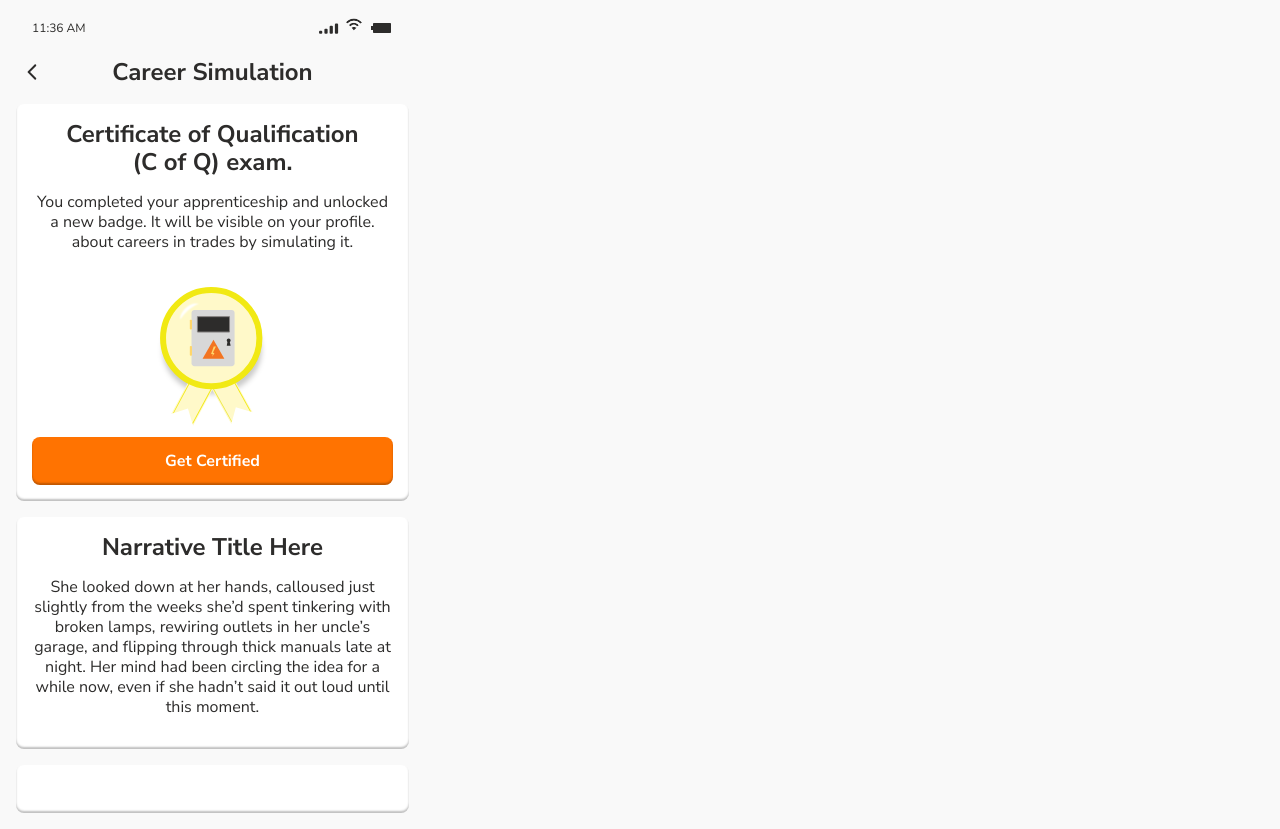
Repository: daniel-liu01/week10books
Page: /
The author's editor kept a copy of each file at every save. The page is drawn from the files as they stood at one save, then again after the next save.
The browser window is 1280 px wide. The pictures show the whole page.
The project was rebuilt for these pictures with package versions that can differ from the ones it lists, and the page was loaded fresh each time. Also part of the build but not shown: vite.config.js, vite.config.ts, src/App.css, app/Simulation/Simulation.module.css, components/InfoModal/InfoModal.module.css, components/InfoModal/InfoModal.jsx, app/Simulation/Simulation.jsx.

Above is the page before, as saved 2025-10-22 11:57:45.

### index.html
<!DOCTYPE html>
<html lang="en">
    <head>
        <meta charset="UTF-8" />
        <link
            rel="icon"
            type="image/svg+xml"
            href="/vite.svg" />
        <meta
            name="viewport"
            content="width=device-width, initial-scale=1.0" />
        <title>frontend</title>
        <link
            rel="preconnect"
            href="https://fonts.googleapis.com" />
        <link
            rel="preconnect"
            href="https://fonts.gstatic.com"
            crossorigin />
        <link
            href="https://fonts.googleapis.com/css2?family=Nunito+Sans:ital,opsz,wght@0,6..12,200..1000;1,6..12,200..1000&display=swap"
            rel="stylesheet" />
    </head>
    <body>
        <div id="root"></div>
        <script
            type="module"
            src="/src/main.jsx"></script>
    </body>
</html>

### src/index.css
/* ------------------------------------------------------ GENERAL STYLES ------------------------------------------------------ */
*,
*::before,
*::after {
    box-sizing: inherit;
}

html,
body {
    font-family: var(--font-family);
    box-sizing: border-box;
    background-color: var(--offwhite-500);
}

body {
    width: 393px;
    min-height: 100vh;
    margin: 16px;
    display: flex;
    flex-direction: column;
    gap: var(--space-large);
}

html {
    display: flex;
    align-items: flex-start;
}

/* ------------------------------------------------------ VARIABLES ------------------------------------------------------ */
:root {
    /* ----- COLORS ----- */
    --primary-50: #fff1e6;
    --primary-100: #ffd4b0;
    --primary-200: #ffbf8a;
    --primary-300: #ffa155;
    --primary-400: #ff8f34;
    --primary-500: #ff7301;
    --primary-600: #e86901;
    --primary-700: #b55201;
    --primary-800: #8c3f01;
    --primary-900: #6b3000;

    --secondary-50: #eefae6;
    --secondary-100: #cbefb1;
    --secondary-200: #b2e88b;
    --secondary-300: #8fdd55;
    --secondary-400: #79d635;
    --secondary-500: #58cc02;
    --secondary-600: #50ba02;
    --secondary-700: #3e9101;
    --secondary-800: #307001;
    --secondary-900: #255601;

    /* -- neutral colors -- */

    --offwhite-500: #f9f9f9;
    --white: #ffffff;
    --black-50: #eaeaea;
    --black-100: #bebebd;
    --black-200: #9e9e9d;
    --black-300: #727271;
    --black-400: #575655;
    --black-500: #2d2c2b;

    /* ----- TYPE ----- */
    --font-family: "Nunito Sans", sans-serif;

    --font-size-extra-large: 88px;
    --font-size-large: 30px;
    --font-size-extra-medium: 24px;
    --font-size-medium: 20px;
    --font-size-regular: 16px;
    --font-size-small: 12px;
    --font-size-extra-small: 10px;

    --font-style-normal: normal;
    --font-weight-bold: bold;

    --line-height-xxlarge: 100px;
    --line-height-large: 36px;
    --line-height-medium: 28px;
    --line-height-small: 20px;

    /* ----- SPACING ----- */
    --space-extra-small: 4px;
    --space-small: 8px;
    --space-regular: 16px;
    --space-medium: 32px;
    --space-large: 48px;
    --space-extra-large: 140px;

    /* ----- Inner shadow ----- */
    --inner-shadow: 0 -2px 2px 0 rgba(0, 0, 0, 0.25);
}

### src/App.jsx
import { useState } from "react";
import { BrowserRouter as Router, Routes, Route } from "react-router-dom";
import "./App.css";

import Simulation from "../app/Simulation/Simulation";
import SimulationChat from "../app/SimulationChat/SimulationChat";

function App() {
    return (
        <div>
            <SimulationChat />
        </div>
    );
}

export default App;

### app/SimulationChat/SimulationChat.jsx
import styles from "./SimulationChat.module.css";
import StatusBar from "../../components/StatusBar/StatusBar";
import HeadingBar from "../../components/HeadingBar/HeadingBar";
import PopUp from "../../components/PopUp/PopUp";
import NarrativeBox from "../../components/NarrativeBox/NarrativeBox";
import Menu from "../../components/Menu/Menu";

function SimulationChat() {
    return (
        <div className={styles.container}>
            <StatusBar />
            <HeadingBar />
            <PopUp />
            <NarrativeBox
                title='Narrative Title Here'
                description='She looked down at her hands, calloused just slightly from the weeks she’d spent tinkering with broken lamps, rewiring outlets in her uncle’s garage, and flipping through thick manuals late at night. Her mind had been circling the idea for a while now, even if she hadn’t said it out loud until this moment.'
            />
            <Menu />
        </div>
    );
}

export default SimulationChat;

### components/StatusBar/StatusBar.jsx
import styles from "./StatusBar.module.css";
import Hour from "../Hour/Hour";

const StatusBar = () => {
    return (
        <div className={styles.container}>
            <Hour />
            <div className={styles.right}>
                <svg
                    className={styles.icon}
                    width='20'
                    height='11'
                    viewBox='0 0 20 11'
                    fill='none'
                    xmlns='http://www.w3.org/2000/svg'>
                    <rect
                        x='15.8765'
                        y='0.600098'
                        width='3.23284'
                        height='10.2222'
                        rx='1.02778'
                    />
                    <rect
                        x='10.6338'
                        y='2.64453'
                        width='3.23284'
                        height='8.17778'
                        rx='1.02778'
                    />
                    <rect
                        x='5.3916'
                        y='5.71094'
                        width='3.23284'
                        height='5.11111'
                        rx='1.02778'
                    />
                    <rect
                        x='0.0327148'
                        y='7.75537'
                        width='3.23284'
                        height='3.06667'
                        rx='1.02778'
                    />
                </svg>

                <svg
                    className={styles.icon}
                    width='22'
                    height='20'
                    viewBox='0 0 22 20'
                    fill='none'
                    xmlns='http://www.w3.org/2000/svg'>
                    <mask
                        id='path-1-inside-1_2157_1042'
                        fill='white'>
                        <path d='M15.9006 7.3897C15.3805 6.57002 14.6486 5.88977 13.7741 5.41333C12.8995 4.93689 11.9113 4.68001 10.9029 4.66702C9.89445 4.65403 8.89922 4.88535 8.01135 5.33908C7.12349 5.79281 6.37237 6.45396 5.82907 7.25994L7.69376 8.391C8.03417 7.88601 8.50479 7.47176 9.06109 7.18747C9.6174 6.90317 10.241 6.75824 10.8728 6.76638C11.5046 6.77452 12.1238 6.93547 12.6718 7.23399C13.2197 7.53251 13.6783 7.95873 14.0042 8.47231L15.9006 7.3897Z' />
                    </mask>
                    <path
                        d='M15.9006 7.3897C15.3805 6.57002 14.6486 5.88977 13.7741 5.41333C12.8995 4.93689 11.9113 4.68001 10.9029 4.66702C9.89445 4.65403 8.89922 4.88535 8.01135 5.33908C7.12349 5.79281 6.37237 6.45396 5.82907 7.25994L7.69376 8.391C8.03417 7.88601 8.50479 7.47176 9.06109 7.18747C9.6174 6.90317 10.241 6.75824 10.8728 6.76638C11.5046 6.77452 12.1238 6.93547 12.6718 7.23399C13.2197 7.53251 13.6783 7.95873 14.0042 8.47231L15.9006 7.3897Z'
                        strokeWidth='4.11111'
                        mask='url(#path-1-inside-1_2157_1042)'
                    />
                    <mask
                        id='path-2-inside-2_2157_1042'
                        fill='white'>
                        <path d='M19.0832 4.55309C18.1524 3.34672 16.9405 2.3605 15.542 1.67127C14.1435 0.982029 12.5961 0.608389 11.0204 0.579456C9.4447 0.550522 7.88323 0.867077 6.45765 1.50446C5.03207 2.14184 3.78086 3.08283 2.80152 4.25413L4.5268 5.55219C5.29548 4.63284 6.27755 3.89425 7.39649 3.39397C8.51543 2.8937 9.74102 2.64523 10.9778 2.66794C12.2145 2.69065 13.4291 2.98392 14.5268 3.5249C15.6245 4.06588 16.5757 4.83997 17.3063 5.78684L19.0832 4.55309Z' />
                    </mask>
                    <path
                        d='M19.0832 4.55309C18.1524 3.34672 16.9405 2.3605 15.542 1.67127C14.1435 0.982029 12.5961 0.608389 11.0204 0.579456C9.4447 0.550522 7.88323 0.867077 6.45765 1.50446C5.03207 2.14184 3.78086 3.08283 2.80152 4.25413L4.5268 5.55219C5.29548 4.63284 6.27755 3.89425 7.39649 3.39397C8.51543 2.8937 9.74102 2.64523 10.9778 2.66794C12.2145 2.69065 13.4291 2.98392 14.5268 3.5249C15.6245 4.06588 16.5757 4.83997 17.3063 5.78684L19.0832 4.55309Z'
                        strokeWidth='4.11111'
                        mask='url(#path-2-inside-2_2157_1042)'
                    />
                    <path d='M13.5162 9.77759L10.8222 12.3331L8.66699 9.77759L9.23963 9.50599C10.2507 9.02643 11.4136 8.97977 12.4599 9.37676L13.5162 9.77759Z' />
                </svg>

                <svg
                    className={styles.icon}
                    width='24'
                    height='24'
                    viewBox='0 0 24 24'
                    fill='none'
                    xmlns='http://www.w3.org/2000/svg'>
                    <path d='M5 17C4.71667 17 4.47917 16.9042 4.2875 16.7125C4.09583 16.5208 4 16.2833 4 16V14H2V10H4V8C4 7.71667 4.09583 7.47917 4.2875 7.2875C4.47917 7.09583 4.71667 7 5 7H21C21.2833 7 21.5208 7.09583 21.7125 7.2875C21.9042 7.47917 22 7.71667 22 8V16C22 16.2833 21.9042 16.5208 21.7125 16.7125C21.5208 16.9042 21.2833 17 21 17H5Z' />
                </svg>
            </div>
        </div>
    );
};

export default StatusBar;

### components/HeadingBar/HeadingBar.jsx
import styles from "./HeadingBar.module.css";
import ArrowBack from "../ArrowBack/ArrowBack";

function HeadingBar() {
    return (
        <div className={styles.heading_container}>
            <ArrowBack />
            <h1 className={styles.heading_pageTitle}>Career Simulation</h1>
            <div className={styles.heading_placeholder}></div>
        </div>
    );
}

export default HeadingBar;

### components/Card/Card.jsx
import styles from "./Card.module.css";
import Button from "../../components/Button/Button";

function Card({
    image,
    title,
    description,
    type,
    valueOfButton,
    typeOfButton,
    sizeOfButton,
}) {
    return (
        <>
            {type === "regular" && (
                <div className={styles.container}>
                    <div className={styles.content}>
                        <h3 className={styles.title}>{title}</h3>
                        <p className={styles.description}>{description}</p>
                    </div>
                    {image && (
                        <div className={styles.image_wrapper}>
                            <img
                                src={image}
                                alt={title}
                                className={styles.image}
                            />
                        </div>
                    )}
                </div>
            )}
            {type === "button" && (
                <div className={styles.container}>
                    <div className={styles.content}>
                        <h3 className={styles.title}>{title}</h3>
                        <p className={styles.description}>{description}</p>
                    </div>
                    {image && (
                        <div className={styles.image_wrapper}>
                            <img
                                src={image}
                                alt={title}
                                className={styles.image}
                            />
                        </div>
                    )}
                    <Button
                        type={typeOfButton}
                        size={sizeOfButton}
                        value={valueOfButton}
                        onClick={() => console.log("clicked")}
                        isDisabled={false}
                    />
                </div>
            )}
        </>
    );
}

export default Card;

### components/Button/Button.jsx
import styles from "./Button.module.css";

function Button({
    type = "primary",
    isDisabled = false,
    size = "default",
    value,
    onClick,
}) {
    let buttonClass = styles.button;

    if (type === "primary") buttonClass += ` ${styles.primary}`;
    if (type === "secondary") buttonClass += ` ${styles.secondary}`;
    if (type === "terciary") buttonClass += ` ${styles.terciary}`;
    if (type === "warning") buttonClass += ` ${styles.error}`;
    if (size === "small") buttonClass += ` ${styles.small}`;
    if (size === "large") buttonClass += ` ${styles.large}`;
    if (isDisabled) buttonClass += ` ${styles.disabled}`;

    return (
        <input
            type='button'
            className={buttonClass}
            value={value}
            onClick={onClick}
            disabled={isDisabled}
        />
    );
}

export default Button;

### components/Menu/Menu.jsx
import styles from "./Menu.module.css";

function Menu() {
    return <div className={styles.container}></div>;
}

export default Menu;

### app/SimulationChat/SimulationChat.module.css
.container {
    display: flex;
    flex-direction: column;
    gap: var(--space-regular);
}

### components/PopUp/PopUp.jsx
import Card from "../../components/Card/Card";

function PopUp() {
    return (
        <div>
            <Card
                title={
                    <>
                        Certificate of Qualification <br /> (C of Q) exam.
                    </>
                }
                description={
                    <>
                        You completed your apprenticeship and unlocked
                        <br />a new badge. It will be visible on your profile.
                        about careers in trades by simulating it.
                    </>
                }
                image='/Electrician.svg'
                type='button'
                valueOfButton='Get Certified'
                typeOfButton='primary'
                sizeOfButton='large'
            />
        </div>
    );
}

export default PopUp;

### components/NarrativeBox/NarrativeBox.jsx
import styles from "./NarrativeBox.module.css";

function NarrativeBox({ title, description }) {
    return (
        <div className={styles.container}>
            <div className={styles.content}>
                <h3 className={styles.title}>{title}</h3>
                <p className={styles.description}>{description}</p>
            </div>
        </div>
    );
}

export default NarrativeBox;

### components/StatusBar/StatusBar.module.css
.container {
    display: flex;
    flex-direction: row;
    align-items: center;
    justify-content: space-between;
    width: 393px;
    padding: 0 var(--space-regular);
    margin: 0;
}

.right {
    display: flex;
    align-items: center;
    gap: var(--space-extra-small);
}

.icon {
    fill: var(--black-500);
}

### components/Hour/Hour.jsx
"use client";
import { useEffect, useState } from "react";
import styles from "./Hour.module.css";

const Hour = () => {
    const [currentTime, setCurrentTime] = useState(new Date());

    useEffect(() => {
        const timer = setInterval(() => {
            setCurrentTime(new Date());
        }, 1000);

        return () => clearInterval(timer);
    }, []);

    const formattedTime = currentTime.toLocaleTimeString("en-US", {
        hour: "2-digit",
        minute: "2-digit",
        hour12: true,
    });

    return <div className={styles.hour}>{formattedTime}</div>;
};

export default Hour;

### components/HeadingBar/HeadingBar.module.css
.heading_container {
    width: 100%;
    display: flex;
    align-items: center;
    justify-content: space-between;
    gap: var(--space-small);
    margin: 0;
    padding: 0;
}

.heading_pageTitle {
    font-weight: var(--font-weight-bold);
    font-size: var(--font-size-extra-medium);
    margin: 0;
    line-height: 1;
    color: var(--black-500);
}

.heading_placeholder {
    width: var(--space-medium);
    height: var(--space-medium);
    visibility: hidden;
}

### components/ArrowBack/ArrowBack.jsx
import styles from "./ArrowBack.module.css";

function ArrowBack() {
    return (
        <div className={styles.arrow_container}>
            <svg
                className={styles.arrow_icon}
                xmlns='http://www.w3.org/2000/svg'
                width='16'
                height='16'
                viewBox='0 0 12 20'
                fill='none'>
                <path
                    d='M10.7071 19.2929C10.3166 19.6834 9.68342 19.6834 9.29289 19.2929L0.707106 10.7071C0.316582 10.3166 0.316583 9.68342 0.707107 9.29289L9.29289 0.707106C9.68342 0.316582 10.3166 0.316582 10.7071 0.707107L11.0679 1.06789C11.4584 1.45842 11.4584 2.09158 11.0679 2.48211L3.55 10L11.0679 17.5179C11.4584 17.9084 11.4584 18.5416 11.0679 18.9321L10.7071 19.2929Z'
                    fill='currentColor'
                />
            </svg>
        </div>
    );
}

export default ArrowBack;

### components/Card/Card.module.css
.container {
    display: flex;
    flex-direction: column;
    justify-content: space-between;
    align-items: center;
    border-radius: var(--space-small);
    background: var(--white);
    box-shadow: var(--inner-shadow) inset;
    padding: var(--space-regular);
}

.content {
    display: flex;
    flex-direction: column;
    justify-content: space-between;
    align-items: center;
    font-family: var(--font-family);
    color: var(--black-500);
    text-align: center;
    gap: var(--space-regular);
}

.title {
    font-size: var(--font-size-extra-medium);
    font-weight: var(--font-weight-bold);
    line-height: var(--line-height-medium);
    margin: 0;
}

.description {
    font-size: var(--font-size-regular);
    line-height: var(--line-height-small);
    margin: 0;
    margin-bottom: var(--space-regular);
}

.image_wrapper {
}

.image {
}

### components/Button/Button.module.css
.button {
    display: block;
    width: 361px;
    height: var(--space-large);
    line-height: var(--line-height-large);
    text-align: center;

    font-family: var(--font-family);
    font-size: var(--font-size-regular);
    font-weight: var(--font-weight-bold);

    padding: 0 var(--space-regular);
    margin: 0;
    border-radius: var(--space-small);
    border: none;
    box-shadow: var(--inner-shadow) inset;
    cursor: pointer;
    transition: background-color 0.2s ease-in-out, color 0.2s ease-in-out;
}

.button:hover {
    background-color: var(--primary-700);
    color: var(--white);
}

.primary {
    background-color: var(--primary-500);
    color: var(--white);
}

.large {
    width: 100%;
    height: var(--space-large);
}

### components/Menu/Menu.module.css
.container {
    display: flex;
    width: 100%;
    height: var(--space-large);
    justify-content: center;
    align-items: center;
    gap: var(--space-medium);
    border-radius: var(--space-small);
    background: var(--white);
    box-shadow: var(--inner-shadow) inset;
}

### components/NarrativeBox/NarrativeBox.module.css
.container {
    display: flex;
    flex-direction: column;
    justify-content: space-between;
    align-items: center;
    border-radius: var(--space-small);
    background: var(--white);
    box-shadow: var(--inner-shadow) inset;
    padding: var(--space-regular);
}

.content {
    display: flex;
    flex-direction: column;
    justify-content: space-between;
    align-items: center;
    font-family: var(--font-family);
    color: var(--black-500);
    text-align: center;
    gap: var(--space-regular);
}

.title {
    font-size: var(--font-size-extra-medium);
    font-weight: var(--font-weight-bold);
    line-height: var(--line-height-medium);
    margin: 0;
}

.description {
    font-size: var(--font-size-regular);
    line-height: var(--line-height-small);
    margin: 0;
    margin-bottom: var(--space-regular);
}

### components/Hour/Hour.module.css
.hour {
    color: var(--black-500);
    font-family: var(--font-family);
    font-size: var(--font-size-small);
}

### components/ArrowBack/ArrowBack.module.css
.arrow_container {
    display: inline-flex;
    align-items: center;
    justify-content: center;
    background: none;
    border: none;
    cursor: pointer;
    padding: 0;
    width: var(--space-medium);
    height: var(--space-medium);
}

.arrow_icon {
    color: var(--black-500);
    width: var(--space-regular);
    height: var(--space-regular);
}

.arrow_container:hover .arrow_icon {
    color: var(--primary-500);
}

Loaded but not shown: src/main.jsx (common file)

After the next save:
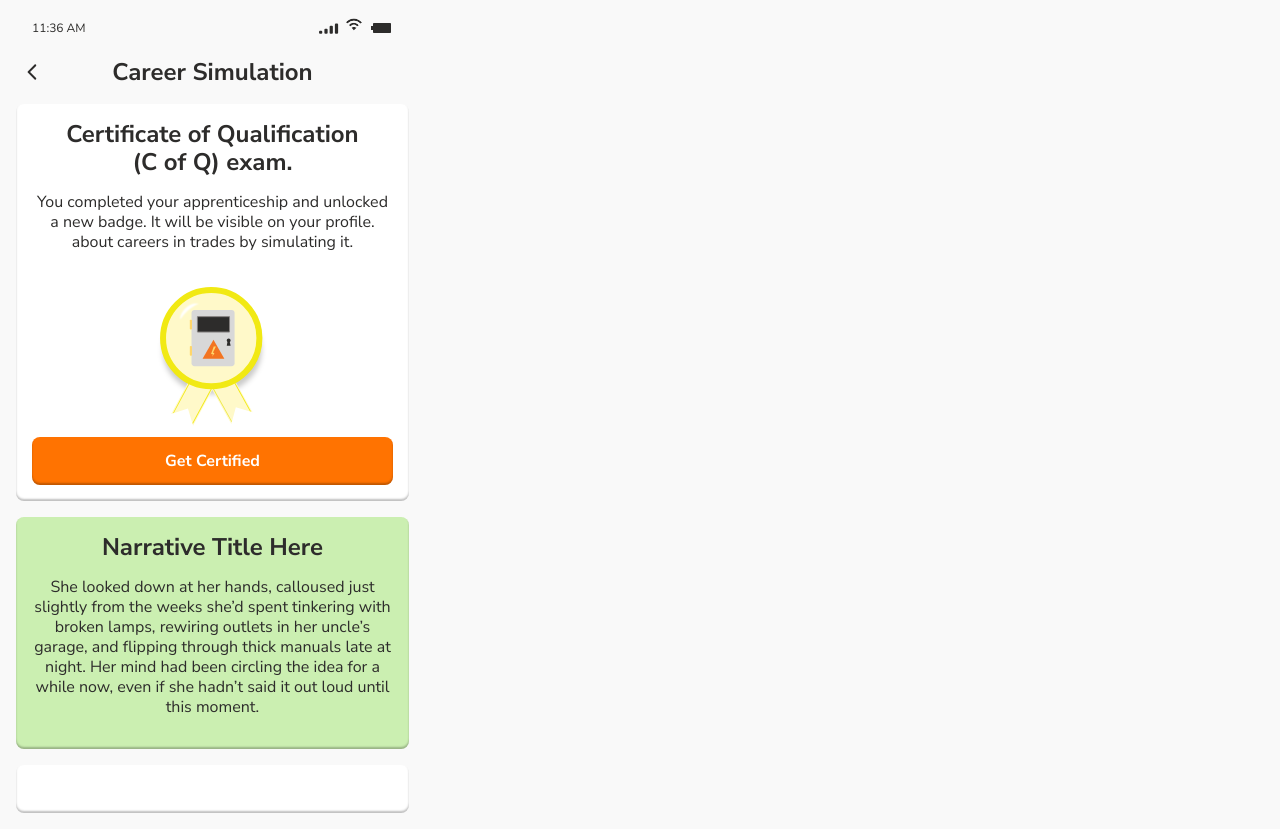
Saved 5 s later.
--- a/components/NarrativeBox/NarrativeBox.module.css
+++ b/components/NarrativeBox/NarrativeBox.module.css
@@ -4,7 +4,7 @@
     justify-content: space-between;
     align-items: center;
     border-radius: var(--space-small);
-    background: var(--white);
+    background: var(--secondary-100);
     box-shadow: var(--inner-shadow) inset;
     padding: var(--space-regular);
 }
